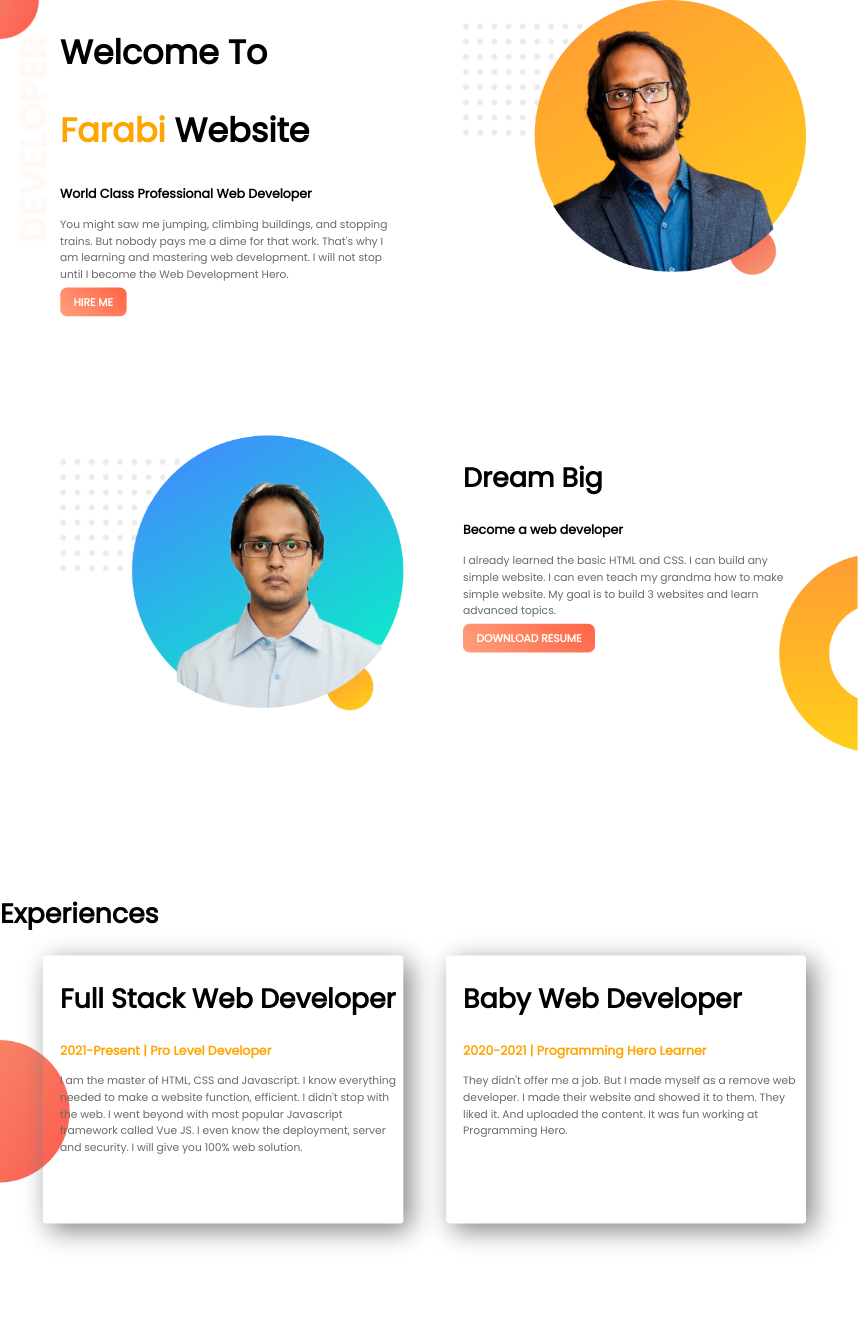
Repository: mohsinfarabi/web-portfolio
Page: index.html
These files come from the project's save history. The page is drawn as it stood at one moment and after the next save; the edit follows.
The browser window is 1280 px wide. The pictures show the whole page, at 67% of full size.

Above is the page before, as saved 2020-06-30 23:59:01.

After the next save:
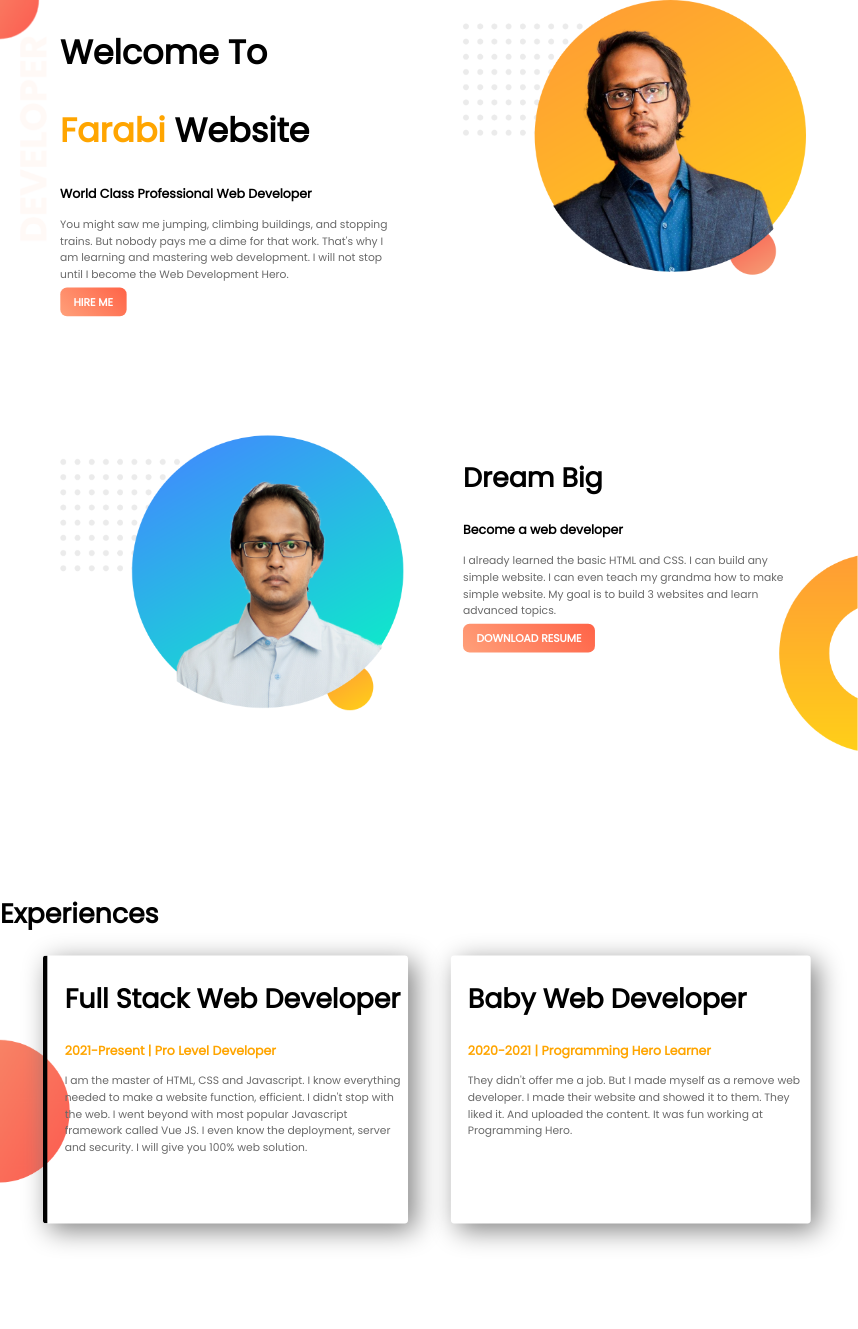
Saved 82 s later.
--- a/style.css
+++ b/style.css
@@ -66,3 +66,7 @@ section {
     background-repeat: no-repeat;
     background-position: left;
 }
+
+#full-stack {
+    border-left: 7px solid black;
+}
